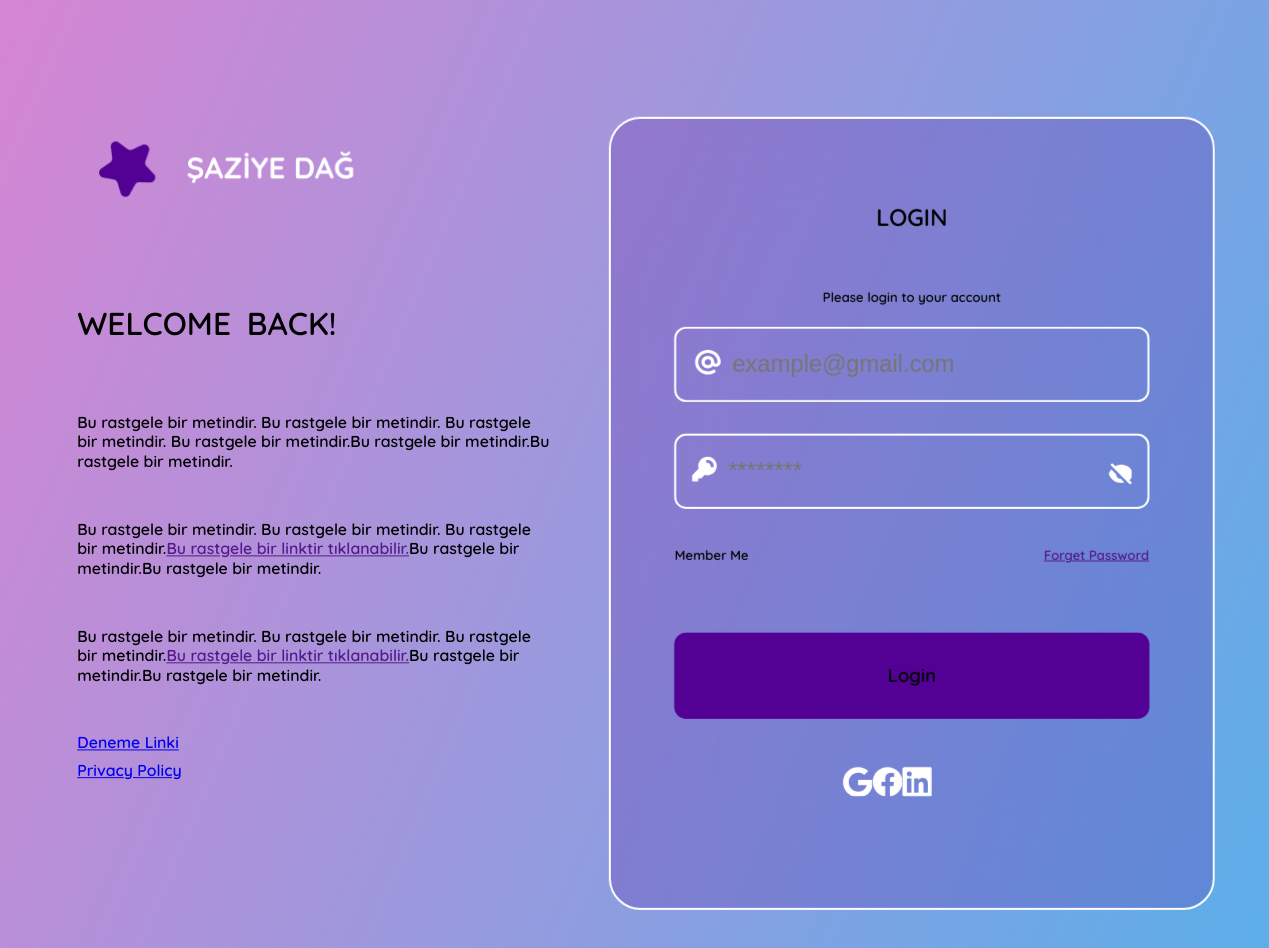
Repository: szydag/login
Page: /
These files come from the project's save history. The page is drawn as it stood at one moment and after the next save; the edit follows.
The browser window is 1280 px wide. The page is 1282 px wide, so the pictures cover 1282 px, including what lies to the right of the window. The pictures show the whole page, at 99% of full size.
The project was rebuilt for these pictures with package versions that can differ from the ones it lists, and the page was loaded fresh each time. Also part of the build but not shown: src/assets/svgr/unhiddenIcon/index.js.

Above is the page before, as saved 2023-11-01 23:49:44.

After the next save:
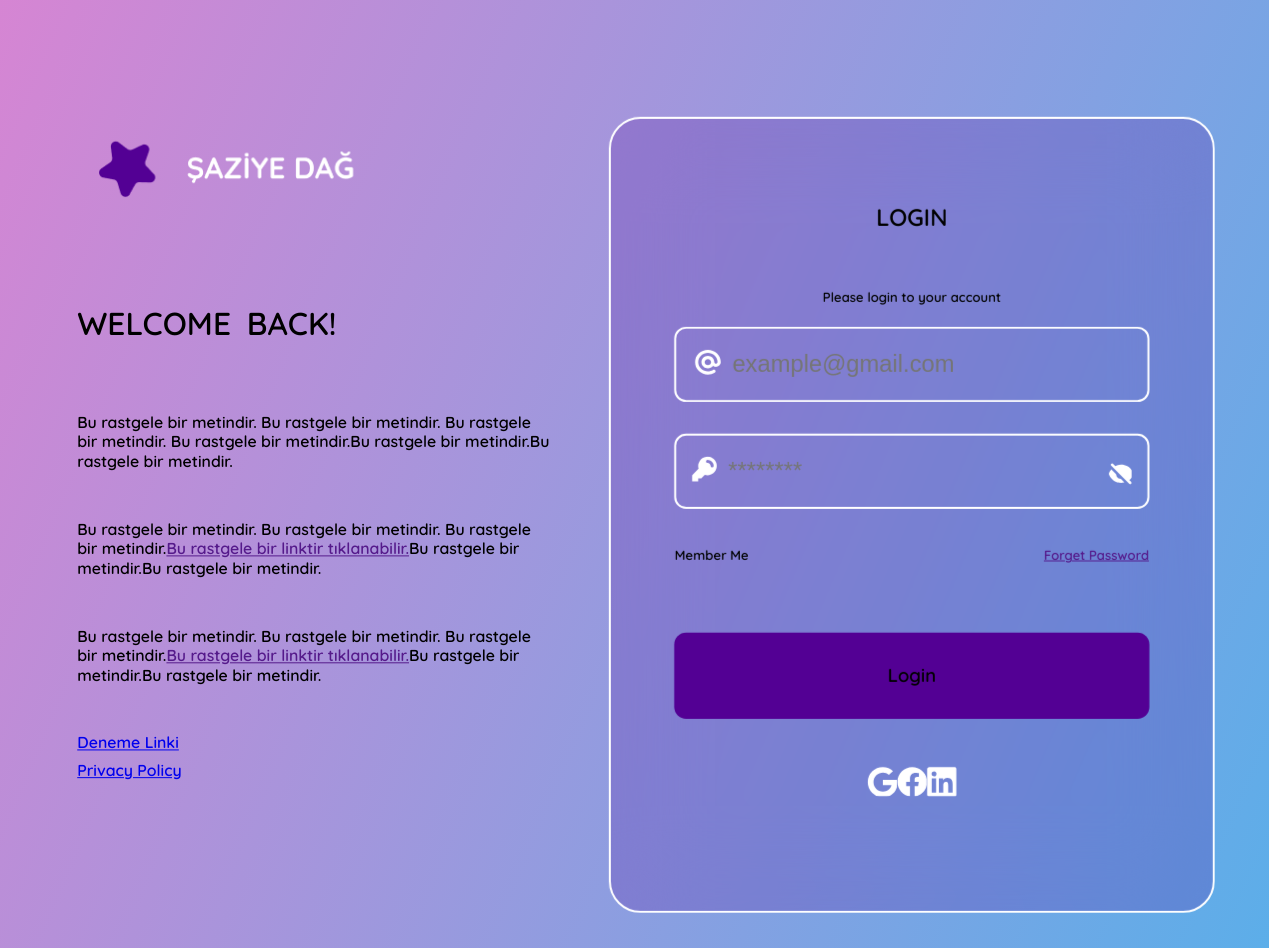
Saved 11 s later.
--- a/src/app/pages/login/style.js
+++ b/src/app/pages/login/style.js
@@ -194,9 +194,6 @@ const useStyles = createUseStyles({
         gap: '8px',
     },
     socialMediaIcons: {
-        width: '140px',
-        height: '31.492px',
-        gap: '40px'
     },
     newAccountArea: {
         display: 'flex',
